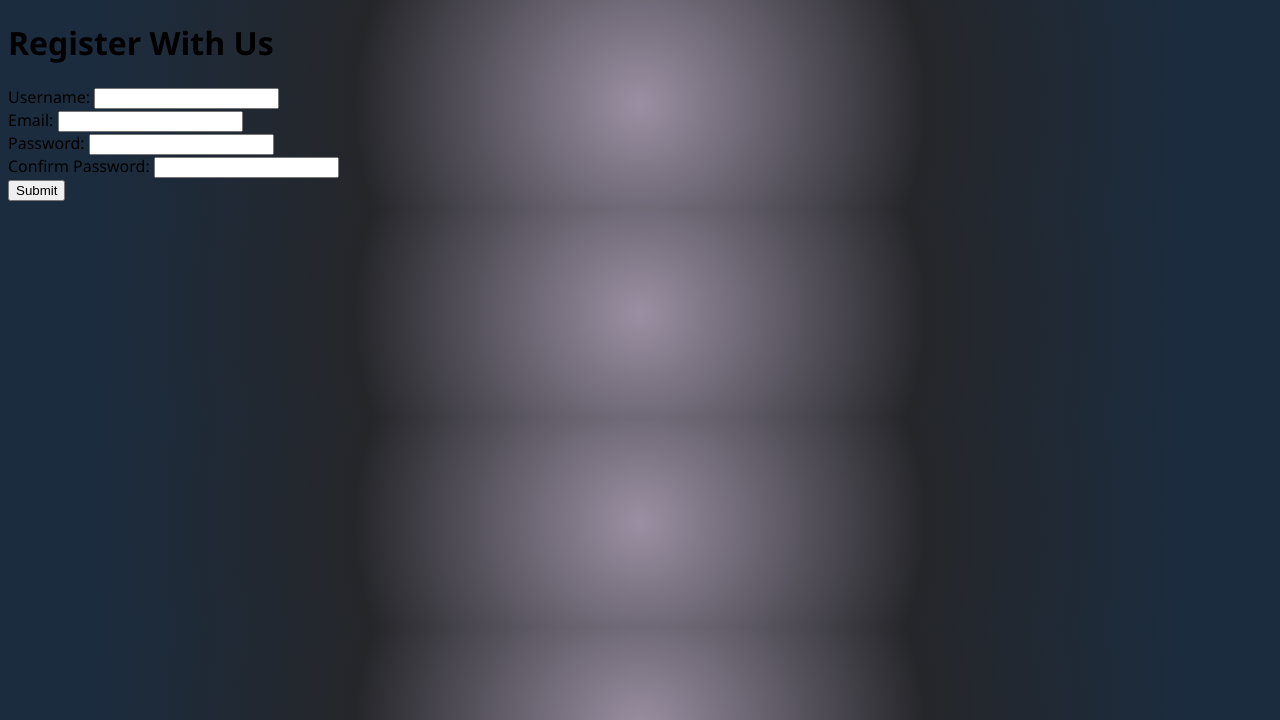
Repository: NiutaR/registrationForm
Page: index.html
The author's editor kept a copy of each file at every save. The page is drawn from the files as they stood at one save, then again after the next save.
The browser window is 1280 px wide. The pictures show the whole page.

Above is the page before, as saved 2021-07-28 23:17:01.

After the next save:
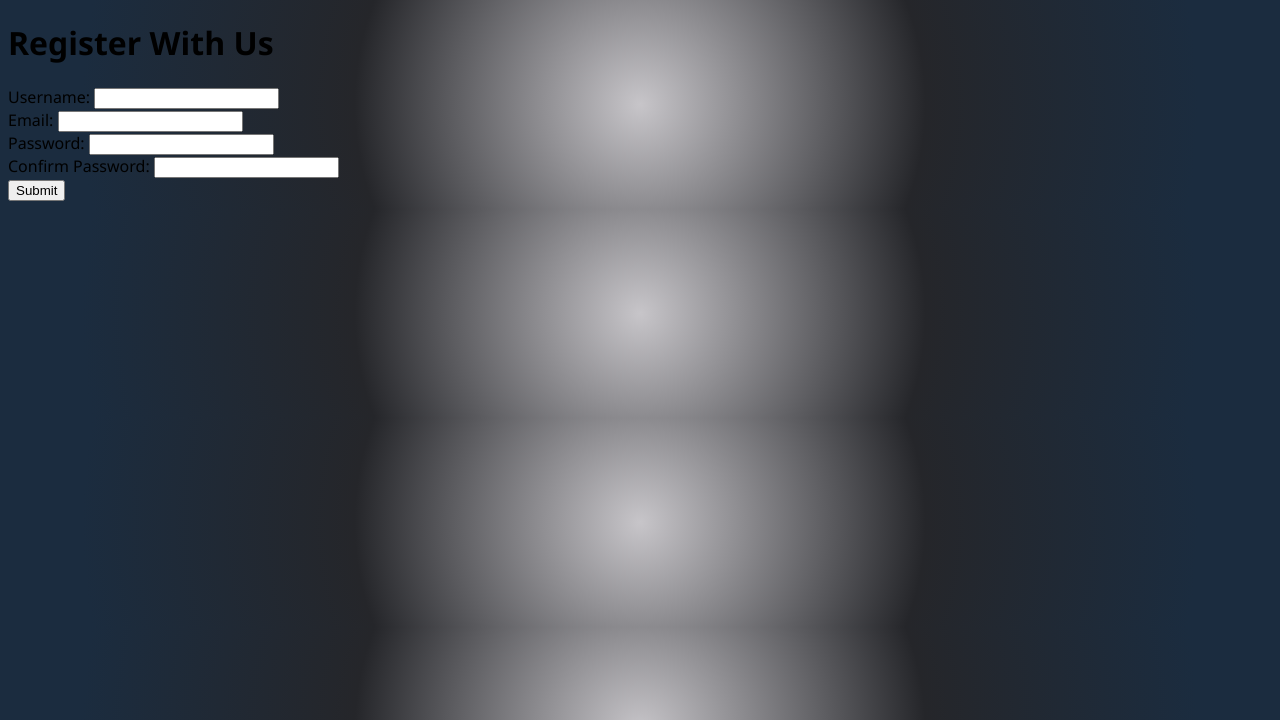
Saved 39 s later.
--- a/style.css
+++ b/style.css
@@ -1,6 +1,6 @@
 body {
     font-size: 16px;
     background: rgb(155, 144, 163);
-    background: radial-gradient(circle, rgba(155, 144, 163, 1) 0%, rgba(37, 38, 42, 1) 44%, rgba(27, 44, 63, 1) 86%);
+    background: radial-gradient(circle, rgb(199, 197, 201) 0%, rgba(37, 38, 42, 1) 44%, rgba(27, 44, 63, 1) 86%);
     font-family: "Segoe UI", "Helvetica Neue", Arial, sans-serif;
 }
